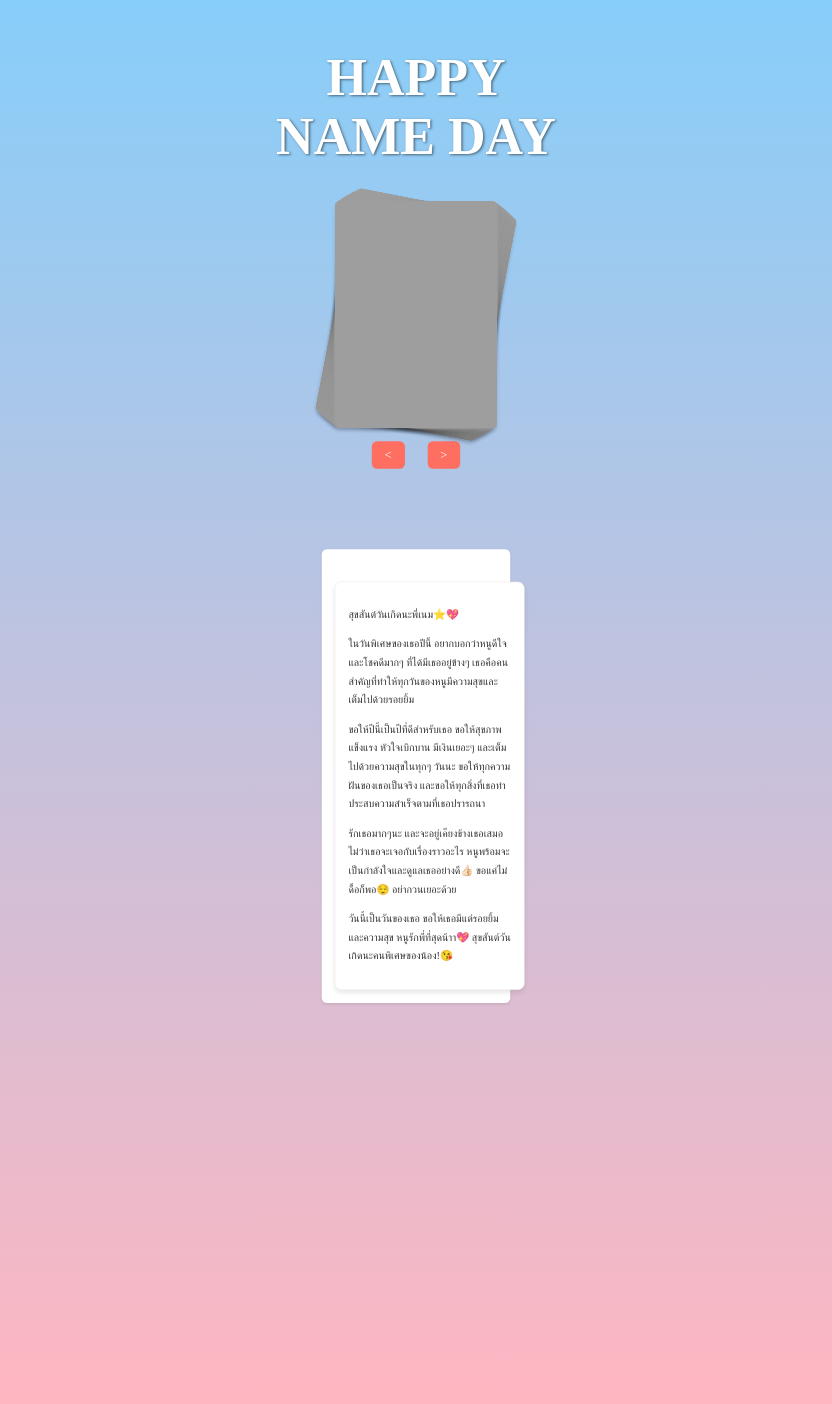
Repository: naps00/BIRTHDAY
Page: /details
The author's editor kept a copy of each file at every save. The page is drawn from the files as they stood at one save, then again after the next save.
The browser window is 1280 px wide. The pictures show the whole page, at 65% of full size.
Pictures or frames that could not be fetched are drawn as grey boxes. The project was rebuilt for these pictures with package versions that can differ from the ones it lists, and the page was loaded fresh each time.

Above is the page before, as saved 2024-12-12 20:13:51.

### src/App.js
import React, { useState } from 'react';
import { BrowserRouter as Router, Route, Routes, Link } from 'react-router-dom';
import './App.css';
import Details from './details.js'; // นำเข้า Details.js

function Home() {
  const [showModal, setShowModal] = useState(false);

  // เมื่อวีดีโอจบ ให้แสดง modal
  const handleVideoEnd = () => {
    setShowModal(true);
  };

  return (
    <div className="App">
      <div className="container">
        <div className="text-section" style={{ flex: 1, display: 'flex', flexDirection: 'column', justifyContent: 'center', alignItems: 'center', textAlign: 'center', height: '100vh', color: 'black', fontSize: 'calc(3vw + 0vh)', fontWeight: 'bold' }}>
          <h2>HAPPY BIRTHDAY !!</h2>
          <p>MY LOVE ♡ </p>
          <img src="https://img2.pic.in.th/pic/fc8c0bdfae313c2ffd700a21b05915d6-removebg-preview.png" alt="Happy Birthday Decoration" style={{width: '200px', height: '200PX' }} />
        </div>

        <div className="video-section">
          <video
            className="video-player"
            controls
            onEnded={handleVideoEnd}
          >
            <source src="https://v1.pinimg.com/videos/mc/720p/3d/2a/3c/3d2a3ca4078af4f14258938781ed5f8e.mp4" type="video/mp4" />
            Your browser does not support the video tag.
          </video>
        </div>
      </div>

      {/* Modal */}
      {showModal && (
        <div className="modal-backdrop">
          <div className="modal-content">
            <h2>Are you ready?</h2>
            {/* เปลี่ยนปุ่ม "ปิด" ให้เป็นลิงค์ไปยังหน้า /details */}
            <Link to="/details">
              <button className="pulse">GO !!</button>
            </Link>
          </div>
        </div>
      )}

      {/* เพิ่มอิโมจิที่วิ้งๆ */}
      <div className="emoji">🌟</div>
      <div className="emoji2">✨</div>
      <div className="emoji3">💕</div>

    </div>
  );
}

function App() {
  return (
    <Router>
      <Routes>
        <Route path="/" element={<Home />} />
        <Route path="/details" element={<Details />} /> {/* เพิ่มเส้นทางสำหรับหน้า /details */}
      </Routes>
    </Router>
  );
}

export default App;

### src/App.css
/* การจัด layout ของแอปพลิเคชัน */
.App {
  background-color: white;
  min-height: 100vh;
  display: flex;
  justify-content: center;
  align-items: center;
}

/* ส่วนที่ใช้จัด layout */
.container {
  display: flex;
  flex-direction: row; /* แบ่งพื้นที่ออกเป็น 2 ส่วน */
  width: 100%;
  height: 100vh;
}

/* ส่วนข้อความ */
.text-section {
  flex: 1;
  display: flex;
  flex-direction: column;
  justify-content: center;
  align-items: center;
  padding: 20px;
  background-color: #f9f9f9;
}

.text-section h1 {
  margin-bottom: 20px;
}

/* ส่วนวีดีโอ */
.video-section {
  flex: 1;
  display: flex;
  justify-content: center;
  align-items: center;
  background-color: #000;
}

.video-player {
  width: 100%; /* ให้วีดีโอเต็มความกว้าง */
  height: 100%; /* ให้วีดีโอเต็มความสูง */
  object-fit: cover; /* ปรับวีดีโอให้เต็มพื้นที่โดยไม่เสียสัดส่วน */

/* การแสดง modal */
}
.modal-backdrop {
  position: fixed;
  top: 0;
  left: 0;
  width: 100%;
  height: 100%;
  background: rgba(0, 0, 0, 0.7);
  display: flex;
  justify-content: center;
  align-items: center;
  z-index: 100; /* ทำให้ modal อยู่เหนือสิ่งอื่น */
  animation: fadeInPop 0.5s ease-out;
}

/* เพิ่ม z-index ให้ modal-content */
.modal-content {
  background: white;
  padding: 20px;
  border-radius: 10px;
  text-align: center;
  box-shadow: 0 2px 10px rgba(0, 0, 0, 0.3);
  animation: slideUp 0.3s ease-out;
  z-index: 101; /* ทำให้เนื้อหาของ modal อยู่เหนือ backdrop */
}

/* การแอนิเมชัน fade-in และ pop-up สำหรับ modal backdrop */
@keyframes fadeInPop {
  0% {
    opacity: 0;
    transform: scale(0.8);
  }
  100% {
    opacity: 1;
    transform: scale(1);
  }
}

body {
  font-family: 'Coiny', cursive;
  margin: 0;
  padding: 0;
  box-sizing: border-box;
  background-color: #fef9ef;
  color: #333;
}

h1, h2, p {
  font-family: 'Coiny', cursive; /* ฟอนต์ใหม่สำหรับข้อความ */
}

button {
  font-family: 'Coiny', cursive;
  font-size: 1.2rem;
  background-color: #ff6f61;
  color: #fff;
  padding: 10px 20px;
  border: none;
  border-radius: 8px;
  cursor: pointer;
  transition: background-color 0.3s ease, transform 0.3s ease;
}

button:hover {
  background-color: #ff3d3d;
  transform: scale(1.1);
}

/* การแอนิเมชัน slide-up สำหรับ modal content */
@keyframes slideUp {
  0% {
    transform: translateY(20px);
    opacity: 0;
  }
  100% {
    transform: translateY(0);
    opacity: 1;
  }
}

.modal-content h2 {
  margin-bottom: 20px;
}

.modal-content button {
  padding: 10px 20px;
  background-color: #007bff;
  color: white;
  border: none;
  border-radius: 5px;
  cursor: pointer;
  transition: transform 0.3s ease, background-color 0.3s ease;
}

/* เอฟเฟกต์เมื่อ hover ปุ่ม */
.modal-content button:hover {
  background-color: #0056b3;
  transform: scale(1.1); /* ขยายขนาดปุ่มเมื่อ hover */
}

/* เอฟเฟกต์การเต้นของปุ่ม */
@keyframes pulse {
  0% {
    transform: scale(1);
    opacity: 1;
  }
  50% {
    transform: scale(1.1);
    opacity: 0.8;
  }
  100% {
    transform: scale(1);
    opacity: 1;
  }
}

.pulse {
  animation: pulse 1.5s infinite;
}

/* อิโมจิวิ้งๆ */
.emoji {
  position: fixed;
  top: 30%;
  right: 50%;
  font-size: 30px;
  animation: smoothBounce 1.4s infinite;
  z-index: 50; /* ทำให้ไอคอนอิโมจิอยู่ใต้ modal */
}
.emoji2 {
  position: fixed;
  top: 18%;
  right: 97%;
  font-size: 30px;
  animation: smoothBounce 1.5s infinite;
  z-index: 50; /* ทำให้ไอคอนอิโมจิอยู่ใต้ modal */
}
.emoji3 {
  position: fixed;
  top: 63%;
  right: 65%;
  font-size: 50px;
  animation: smoothBounce 3s infinite;
  z-index: 50; /* ทำให้ไอคอนอิโมจิอยู่ใต้ modal */
}
/* การกระพิบ */
/* @keyframes fadeInOut {
  0%, 100% {
    opacity: 0;
  }
  50% {
    opacity: 1;
  }
}

.fade {
  animation: fadeInOut 1s infinite;
} */

/* การแอนิเมชันวิ้ง */
@keyframes smoothBounce {
  0%, 100% {
    transform: translateY(0);
    opacity: 1;
  }
  25% {
    transform: translateY(-1px);
    opacity: 1;
  }
  50% {
    transform: translateY(-1px);
    opacity: 1;
  }
  75% {
    transform: translateY(5px);
    opacity: 1;
  }
}


/* การแอนิเมชัน zoom-in */
@keyframes zoomIn {
  0% {
    transform: scale(0.8);
    opacity: 0;
  }
  100% {
    transform: scale(1);
    opacity: 1;
  }
}

.zoom-in {
  animation: zoomIn 0.4s ease-out;
}

/* เอฟเฟกต์ fade-in สำหรับเนื้อหาที่โหลด */
.fade-in {
  opacity: 0;
  animation: fadeIn 1s forwards;
}

@keyframes fadeIn {
  from {
    opacity: 0;
  }
  to {
    opacity: 1;
  }
}

### src/details.js
import React, { useState } from 'react';
import { useSwipeable } from 'react-swipeable'; // นำเข้า useSwipeable
import './details.css';

function Details() {
  const images = [
    "https://img2.pic.in.th/pic/C14EEE1A-1C6E-4778-85B7-4833D53D43EB.jpeg",
    "https://img5.pic.in.th/file/secure-sv1/618E6171-BADE-42BC-A018-2EA60935F70F.jpeg",
    "https://img5.pic.in.th/file/secure-sv1/IMG_448429fe121e41b2f430.jpeg",
    "https://img5.pic.in.th/file/secure-sv1/IMG_64786800a538a371f8ae.jpeg",
    "https://img2.pic.in.th/pic/IMG_18254b9a0e0ef262515a.jpeg",
    "https://img2.pic.in.th/pic/IMG_750821c6a0b5848c84f8.jpeg",
    "https://img2.pic.in.th/pic/IMG_217360495c125ab56c81.jpeg",
    "https://img5.pic.in.th/file/secure-sv1/IMG_79057ffcc3e4b6cb96bc.jpeg",
    "https://img2.pic.in.th/pic/IMG_7834161695a4292d3799.jpeg",
    "https://img5.pic.in.th/file/secure-sv1/IMG_7833a600a5964cb97987.jpeg",
    "https://img5.pic.in.th/file/secure-sv1/IMG_7669dbd275c5d25b60ea.jpeg",
    "https://img2.pic.in.th/pic/IMG_791818c257fcaec84a84.jpeg"
  ];

  const [currentIndex, setCurrentIndex] = useState(0);

  const handlers = useSwipeable({
    onSwipedLeft: () => handleNext(),
    onSwipedRight: () => handlePrev(),
    preventDefaultTouchmoveEvent: true,
    trackMouse: true
  });

  const handleNext = () => {
    setCurrentIndex((currentIndex + 1) % images.length);
  };

  const handlePrev = () => {
    setCurrentIndex((currentIndex - 1 + images.length) % images.length);
  };

  return (
    <div className="details-page" style={{ overflowY: 'auto', maxHeight: '100vh', padding: '20px' }}>
      <div className="header-text" style={{ textAlign: 'center' }}>
        <h1>HAPPY <br /> NAME DAY</h1>
      </div>

      <div className="card-stack" {...handlers} style={{ position: 'relative', height: '350px', marginBottom: '20px' }}>
        {images.map((src, index) => {
          const zIndex = images.length - Math.abs(currentIndex - index);
          const rotation = (index - currentIndex) * 1; // การหมุนภาพ
          const offset = (index - currentIndex) * 0; // ระยะเลื่อน

          return (
            <img
              key={index}
              src={src}
              alt={`Slide ${index + 1}`}
              className="card"
              style={{
                zIndex: zIndex,
                position: 'absolute',
                left: '50%',
                top: '50%',
                transform: `translate(-50%, -50%) rotate(${rotation}deg)`,
                marginTop: `${offset}px`,
                width: '250px',
                height: '350px',
                borderRadius: '8px',
                boxShadow: '0 4px 6px rgba(0, 0, 0, 0.1)',
              }}
            />
          );
        })}
      </div>

      <div className="controls" style={{ textAlign: 'center', marginTop: '0px' }}>
        <button onClick={handlePrev} style={{ margin: '0 10px', padding: '10px 20px' }}>
          &lt;
        </button>
        <button onClick={handleNext} style={{ margin: '0 10px', padding: '10px 20px' }}>
          &gt;
        </button>
      </div>
      <div
        className="card-message"
        style={{
          margin: '10%',
          width: '100%',
          maxWidth: '250px',
          padding: '20px',
          borderRadius: '8px',
          backgroundColor: '#fff',
          boxShadow: '0 2px 4px rgba(0, 0, 0, 0.1)',
          textAlign: 'center',
          fontSize: '16px',
          lineHeight: '1.5',
        }}
      >
        <div className="text-box">
  <p>สุขสันต์วันเกิดนะพี่เนม⭐️💖</p>

  <p>
    ในวันพิเศษของเธอปีนี้ อยากบอกว่าหนูดีใจและโชคดีมากๆ ที่ได้มีเธออยู่ข้างๆ
    เธอคือคนสำคัญที่ทำให้ทุกวันของหนูมีความสุขและเต็มไปด้วยรอยยิ้ม
  </p>

  <p>
    ขอให้ปีนี้เป็นปีที่ดีสำหรับเธอ ขอให้สุขภาพแข็งแรง หัวใจเบิกบาน
    มีเงินเยอะๆ และเต็มไปด้วยความสุขในทุกๆ วันนะ ขอให้ทุกความฝันของเธอเป็นจริง
    และขอให้ทุกสิ่งที่เธอทำประสบความสำเร็จตามที่เธอปรารถนา
  </p>

  <p>
    รักเธอมากๆนะ และจะอยู่เคียงข้างเธอเสมอ ไม่ว่าเธอจะเจอกับเรื่องราวอะไร
    หนูพร้อมจะเป็นกำลังใจและดูแลเธออย่างดี👍🏻 ขอแค่ไม่ดื้อก็พอ😌 อย่ากวนเยอะด้วย
  </p>

  <p>
    วันนี้เป็นวันของเธอ ขอให้เธอมีแต่รอยยิ้มและความสุข หนูรักพี่ที่สุดน้าา💖
    สุขสันต์วันเกิดนะคนพิเศษของน้อง!😘
  </p>
</div>

      </div>


      <audio autoPlay loop>
        <source src="https://www.soundhelix.com/examples/mp3/SoundHelix-Song-1.mp3" type="audio/mp3" />
        Your browser does not support the audio element.
      </audio>
    </div>
  );
}

export default Details;

### src/details.css
.details-page {
  display: flex;
  flex-direction: column;
  align-items: center;
  justify-content: flex-start;
  min-height: 300vh; /* กำหนดความสูงขั้นต่ำ */
  background: linear-gradient(to bottom, #87CEFA, #FFB6C1);
  padding: 40px; /* เพิ่มระยะห่างจากขอบ */
  overflow-y: auto; /* ให้เลื่อนแนวตั้งได้ */
  box-sizing: border-box;
}

.card-stack {
  position: relative;
  width: 100%; /* ใช้พื้นที่เต็มความกว้าง */
  max-width: 400px; /* จำกัดขนาดความกว้าง */
  display: flex;
  flex-direction: column; /* จัดเรียงแนวตั้ง */
  align-items: center;
  gap: 20px; /* ระยะห่างระหว่างแต่ละรูป */
}
.header-text {
  text-align: center;
  color: white;
  text-shadow: 2px 2px 4px rgba(0, 0, 0, 0.5);
  font-size: 2.5rem;
}
.card {
  width: 200px; /* เพิ่มขนาดความกว้าง */
  height: 300px; /* เพิ่มขนาดความสูง */
  border-radius: 10px;
  box-shadow: 0 4px 8px rgba(0, 0, 0, 0.2);
}

.text-box {
  margin-top: 30px;
  padding: 20px;
  width: 100%;
  max-width: 500px;
  background: #ffffff;
  border: 1px solid #f5eeee;
  border-radius: 10px;
  box-shadow: 0 4px 8px rgba(0, 0, 0, 0.1);
  text-align: left; /* จัดข้อความให้อยู่ทางซ้าย */
  font-size: 16px; /* ขนาดข้อความ */
  line-height: 1.8; /* ระยะระหว่างบรรทัด */
  color: #333; /* สีตัวอักษร */
  white-space: pre-line; /* รองรับข้อความหลายบรรทัด */
}


.controls {
  margin-top: 10px; /* ระยะห่างระหว่างปุ่มกับข้อความ */
  display: flex;
  justify-content: center;
  gap: 15px; /* เพิ่มระยะห่างระหว่างปุ่ม */
}

Loaded but not shown: public/index.html (common file); src/index.js (common file); src/index.css (common file); src/reportWebVitals.js (common file)

After the next save:
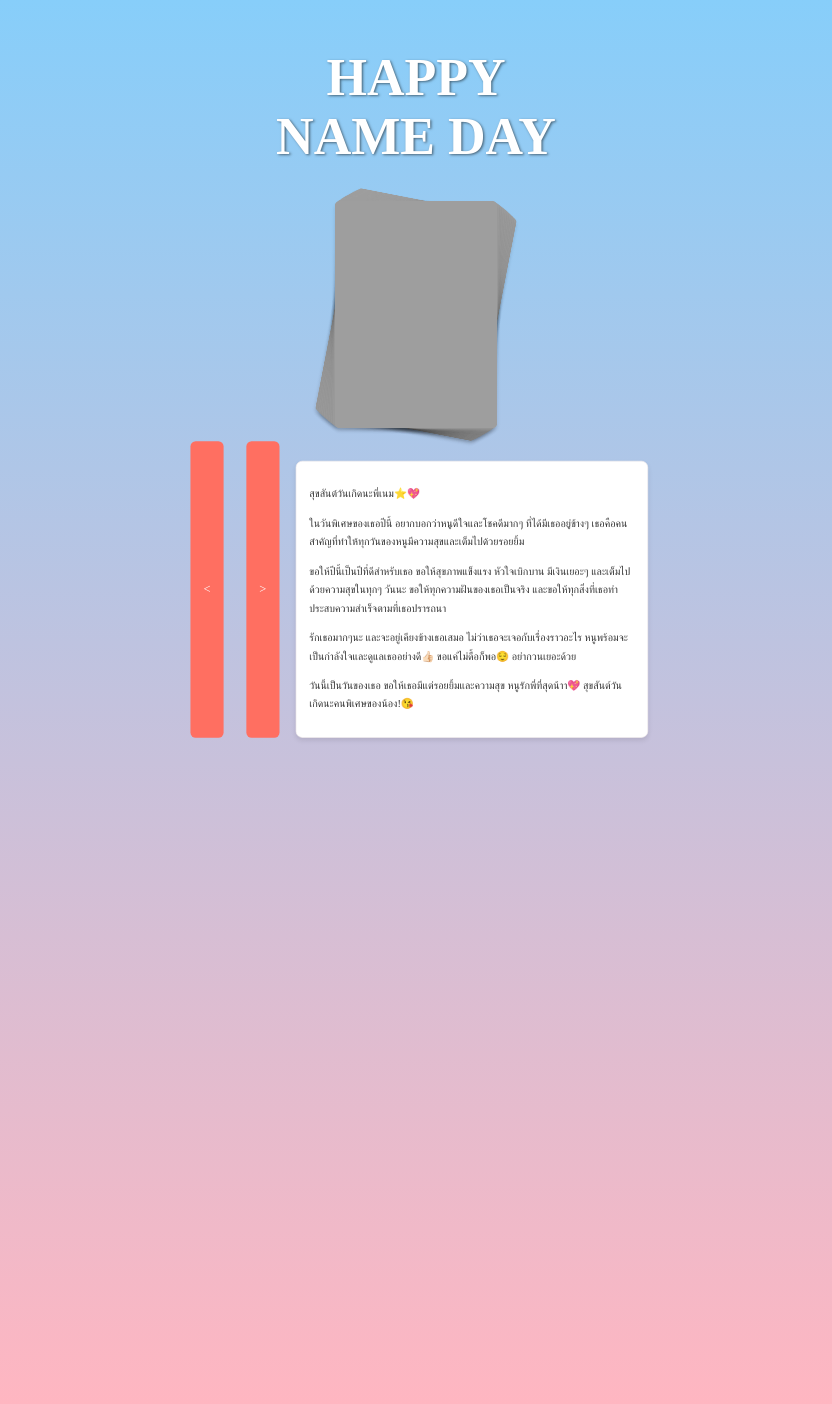
Saved 21 s later.
--- a/src/details.js
+++ b/src/details.js
@@ -77,22 +77,7 @@ function Details() {
         <button onClick={handleNext} style={{ margin: '0 10px', padding: '10px 20px' }}>
           &gt;
         </button>
-      </div>
-      <div
-        className="card-message"
-        style={{
-          margin: '10%',
-          width: '100%',
-          maxWidth: '250px',
-          padding: '20px',
-          borderRadius: '8px',
-          backgroundColor: '#fff',
-          boxShadow: '0 2px 4px rgba(0, 0, 0, 0.1)',
-          textAlign: 'center',
-          fontSize: '16px',
-          lineHeight: '1.5',
-        }}
-      >
+
         <div className="text-box">
   <p>สุขสันต์วันเกิดนะพี่เนม⭐️💖</p>
 
